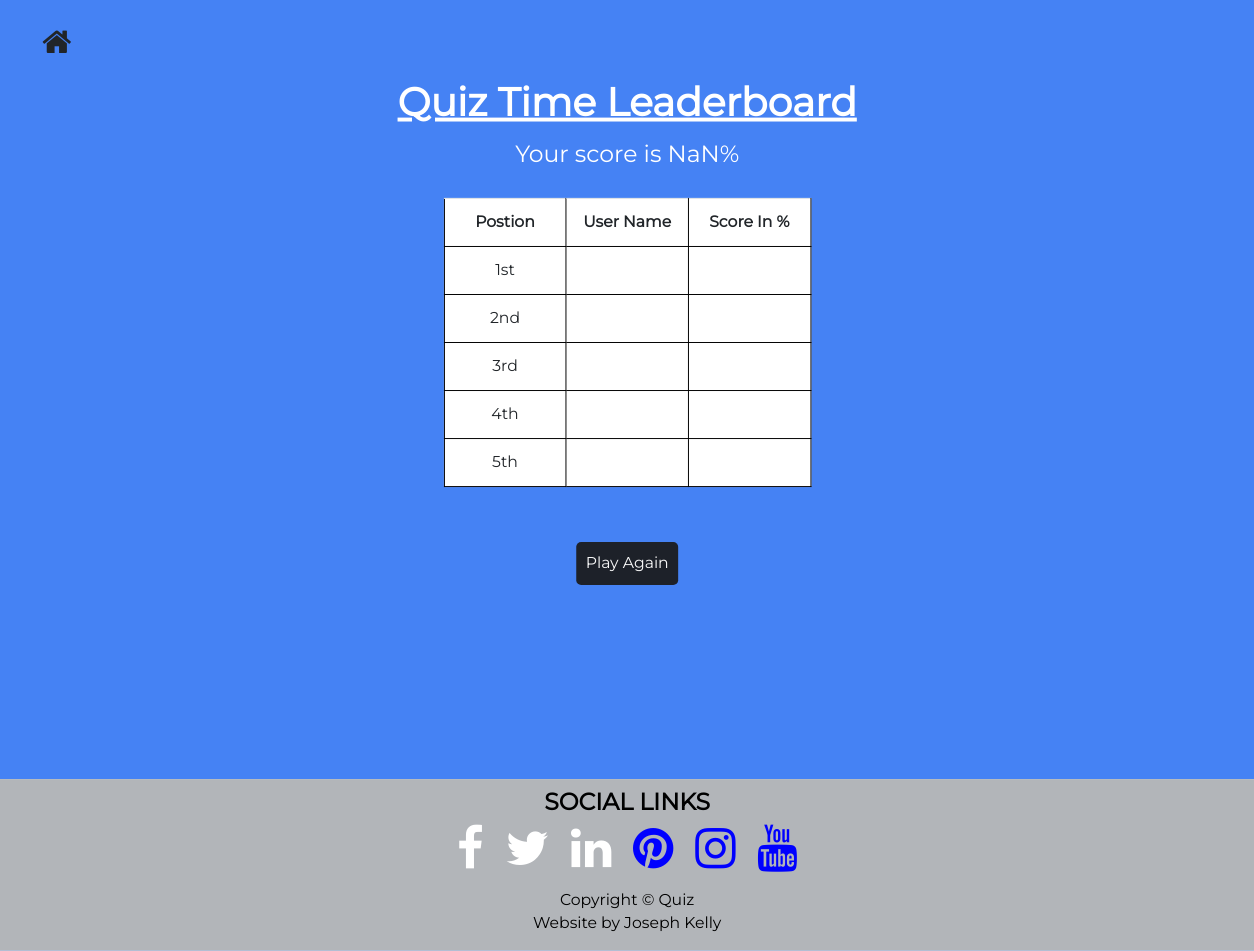
Repository: Code-Institute-Submissions/quiz-1
Page: leaderboard.html
The author's editor kept a record of every edit. The page is drawn from the files as they stood at one moment, then again after the next edit.
The browser window is 1280 px wide. The pictures show the whole page, at 98% of full size.

Above is the page before.
Console error: TypeError: Cannot read properties of undefined (reading 'score')

### leaderboard.html
<!DOCTYPE html>
<html lang="en">

<head>
    <meta charset="UTF-8">
    <meta name="viewport" content="width=device-width, initial-scale=1.0">
    <meta http-equiv="X-UA-Compatible" content="ie=edge">
    <link rel="stylesheet" href="https://stackpath.bootstrapcdn.com/bootstrap/4.4.1/css/bootstrap.min.css" type="text/css" />
    <link rel="stylesheet" href="https://stackpath.bootstrapcdn.com/font-awesome/4.7.0/css/font-awesome.min.css" type="text/css" />
    <link href="https://fonts.googleapis.com/css2?family=Montserrat&display=swap" rel="stylesheet">
    <link rel="stylesheet" href="assets/css/style.css" type="text/css" />
    <script src="https://cdnjs.cloudflare.com/ajax/libs/jquery/3.5.0/jquery.min.js" integrity="sha256-xNzN2a4ltkB44Mc/Jz3pT4iU1cmeR0FkXs4pru/JxaQ=" crossorigin="anonymous"></script>
    <script type="text/javascript" src="assets/js/modal-score.js"></script>
    <script type="text/javascript" src="assets/js/scoreCalculator.js"></script>
    <script type="text/javascript" src="assets/js/leaderboard.js"></script>
    <script src="assets/js/buttons.js"></script>
    <title>Quiz Time</title>
</head>
<!-- functions for leaderboard -->
<body onload="scoreCalculator(); saveHighScore()">
    <div class="container-fluid background-leaderboard">
        <div class="container-fluid buttons">
            <!-- button that takes user back to home page -->
            <button class="btn" onclick="home()"><i class="fa fa-home fa-2x"></i></button>
        </div>
        <!-- table that displays highscores -->
        <div class="table">
            <h1 class="leaderboard-title"><u><b>Quiz Time Leaderboard</b></u></h1>
            <div><h4 id="score-display"></h4></div>
            <table id="highScores">
                <tr>
                    <th>Postion</th>
                    <th>User Name</th>
                    <th>Score In %</th>
                </tr>
                <tr>
                    <td>1st</td>
                    <td id="username-1"></td>
                    <td id="score-1"></td>
                </tr>
                <tr>
                    <td>2nd</td>
                    <td id="username-2"></td>
                    <td id="score-2"></td>
                </tr>
                <tr>
                    <td>3rd</td>
                    <td id="username-3"></td>
                    <td id="score-3"></td>
                </tr>
                <tr>
                    <td>4th</td>
                    <td id="username-4"></td>
                    <td id="score-4"></td>
                </tr>
                <tr>
                    <td>5th</td>
                    <td id="username-5"></td>
                    <td id="score-5"></td>
                </tr>
            </table>
        </div>
        <div class="container-fluid load">
            <!-- button that takes player to load.html -->
            <a href="load.html" class="load-button">Play Again</a>
        </div>
    </div>
    <footer class="container-fluid">
        <div id="footer-details" class="row">
            <div class="col-sm">
                <h4 class="uppercase footer-info">Social Links</h4>
                <ul class="list-inline social-links">
                    <li class="list-inline-item">
                        <a target="_blank" href="#">
                            <i class="fa fa-facebook fa-3x" aria-hidden="true"></i>
                            <span class="sr-only">Facebook</span>
                        </a>
                    </li>
                    <li class="list-inline-item">
                        <a target="_blank" href="#">
                            <i class="fa fa-twitter fa-3x"  aria-hidden="true"></i>
                            <span class="sr-only">Twitter</span>
                        </a>
                    </li>
                    <li class="list-inline-item">
                        <a target="_blank" href="#">
                            <i class="fa fa-linkedin fa-3x"  aria-hidden="true"></i>
                            <span class="sr-only">LinkedIn</span>
                        </a>
                    </li>
                    <li class="list-inline-item">
                        <a target="_blank" href="#">
                            <i class="fa fa-pinterest fa-3x icon"  aria-hidden="true"></i>
                            <span class="sr-only">pinterest</span>
                        </a>
                    </li>
                    <li class="list-inline-item">
                        <a target="_blank" href="#">
                            <i class="fa fa-instagram fa-3x icon"  aria-hidden="true"></i>
                            <span class="sr-only">Instagram</span>
                        </a>
                    </li>
                    <li class="list-inline-item">
                        <a target="_blank" href="#">
                            <i class="fa fa-youtube fa-3x icon" aria-hidden="true"></i>
                            <span class="sr-only">Youtube</span>
                        </a>
                    </li>
                </ul>
                <div class="copyright">
                    <p>Copyright &#169; Quiz<br>Website by Joseph Kelly</p>
                </div>
            </div>
        </div>
    </footer>
    <script src="https://code.jquery.com/jquery-3.3.1.slim.min.js" integrity="sha384-q8i/X+965DzO0rT7abK41JStQIAqVgRVzpbzo5smXKp4YfRvH+8abtTE1Pi6jizo" crossorigin="anonymous"></script>
    <script src="https://cdnjs.cloudflare.com/ajax/libs/popper.js/1.14.7/umd/popper.min.js" integrity="sha384-UO2eT0CpHqdSJQ6hJty5KVphtPhzWj9WO1clHTMGa3JDZwrnQq4sF86dIHNDz0W1" crossorigin="anonymous"></script>
    <script src="https://stackpath.bootstrapcdn.com/bootstrap/4.3.1/js/bootstrap.min.js" integrity="sha384-JjSmVgyd0p3pXB1rRibZUAYoIIy6OrQ6VrjIEaFf/nJGzIxFDsf4x0xIM+B07jRM" crossorigin="anonymous"></script>
</body>

</html>

### assets/css/style.css
body {
  font-family: 'Montserrat', sans-serif;
}

a {
  color: white;
  text-decoration: none !important;
}

a:visited {
  color: white;
}

a:hover {
  color: white;
}

a:active {
  color: white;
}

/*--------------------------- home --------------- */

.home {
  background-color: #4582F4;
  height: 815px;
}

.background-load {
  background-color: #4582F4;
  height: 795px;
}

.background-quiz {
  background-color: #4582F4;
  height: 795px;
}

.background-leaderboard {
  background-color: #4582F4;
  height: 795px;
}

.info {
  font-family: 'Montserrat', sans-serif;
  text-align: center;
  padding-top: 40px;
  width: 70%;
  margin: auto;
  color: white;
}

.load {
  display: flex;
  justify-content: center;
  align-items: center;
  padding-top: 40px;
  padding-bottom: 40px;
}

.load-button {
  background-color: #1D2129;
  text-decoration: none;
  color: #fafafa;
  padding: 10px;
  border-radius: 5px;
}

/*--------------------------- animation --------------- */

.quiz-time {
  text-align: center;
  padding-top: 150px;
  width: 100vw;
  font-family: 'Montserrat', sans-serif;
  display: flex;
  justify-content: center;
  align-items: center;
  margin: -20px;
}

.animation span {
  position: relative;
  top: 20px;
  display: inline-block;
  animation: bounce 0.3s ease infinite alternate;
  font-size: 100px;
  color: #fff;
  text-shadow: 0 1px 0 #ccc, 0 2px 0 #ccc, 0 3px 0 #ccc, 0 4px 0 #ccc,
  0 5px 0 #ccc, 0 6px 0 transparent, 0 7px 0 transparent, 0 8px 0 transparent,
  0 9px 0 transparent, 0 10px 10px rgba(0, 0, 0, 0.4);
}

.animation span:nth-child(2) {
  animation-delay: 0.1s;
}

.animation span:nth-child(3) {
  animation-delay: 0.2s;
}

.animation span:nth-child(4) {
  animation-delay: 0.3s;
}

.animation span:nth-child(5) {
  animation-delay: 0.4s;
}

.animation span:nth-child(6) {
  animation-delay: 0.5s;
}

.animation span:nth-child(7) {
  animation-delay: 0.6s;
}

.animation span:nth-child(8) {
  animation-delay: 0.2s;
}

.animation span:nth-child(9) {
  animation-delay: 0.3s;
}

.animation span:nth-child(10) {
  animation-delay: 0.4s;
}

.animation span:nth-child(11) {
  animation-delay: 0.5s;
}

.animation span:nth-child(12) {
  animation-delay: 0.6s;
}

.animation span:nth-child(13) {
  animation-delay: 0.7s;
}

.animation span:nth-child(14) {
  animation-delay: 0.8s;
}

/* ANIMATION */

@-webkit-keyframes bounce {
  100% {
    top: -20px;
    text-shadow: 0 1px 0 #ccc, 0 2px 0 #ccc, 0 3px 0 #ccc, 0 4px 0 #ccc,
    0 5px 0 #ccc, 0 6px 0 #ccc, 0 7px 0 #ccc, 0 8px 0 #ccc, 0 9px 0 #ccc,
    0 50px 25px rgba(0, 0, 0, 0.2);
  }
}

/*--------------------------- footer --------------- */

footer {
  color: #fafafa;
  padding-top: 10px;
  background-color: #B2B5B9;
  display: inline-block;
  position: relative;
}

.footer-info {
  font-weight: bold;
  text-align: center;
  color: #000000;
}

.list-inline-item {
  margin-left: 10px;
  margin-right: 10px;
}

.uppercase {
  text-transform: uppercase;
}

.social-links {
  text-align: center;
  color: #000000;
}

.copyright {
  text-align: center;
  color: #000000;
}

.icon {
  color: blue;
}

/*--------------------------- Quiz Loading --------------- */

.prompt {
  text-align: center;
  color: #fafafa;
  margin-bottom: 0;
  padding-top: 10px;
}

.start-button {
  background-color: #1D2129;
  text-decoration: none;
  color: #fafafa;
  padding: 10px;
  border-radius: 5px;
}

.form-heading {
  padding-top: 100px;
  text-align: center;
  color: white;
  text-decoration: underline;
}

.option-select {
  display: block;
  margin-right: auto;
  margin-left: auto;
  padding-top: 50px;
}

::placeholder {
  color: white;
  padding-left: 15px;
  font-size: 20px;
}

.username {
  width: 300px;
  display: block;
  margin-left: auto;
  margin-right: auto;
  height: 50px;
  color: white;
  font-size: 20px;
  background-color: #000000;
  border: solid 1px;
  border-radius: 10px;
  border-color: white;
}

.box select {
  background-color: #000000;
  margin-left: auto;
  margin-right: auto;
  color: white;
  padding: 12px;
  width: 300px;
  border: solid 1px;
  border-radius: 10px;
  font-size: 20px;
  box-shadow: 0 5px 25px rgba(0, 0, 0, 0.2);
  outline: none;
  display: block;
}

.box:hover::before {
  color: rgba(255, 255, 255, 0.6);
  background-color: rgba(255, 255, 255, 0.2);
}

/*--------------------------- quiz timer --------------- */

.modal-header {
  margin-left: auto;
  margin-right: auto;
}

.countdown {
  margin: 0 auto;
  max-width: 350px;
  background: #ff0000;
  font-family: Impact, Charcoal, sans-serif;
  text-align: center;
}

.countdown .header {
  color: #c61d1d;
  text-align: center;
  font-weight: normal;
  margin: 5px 0 10px 0;
}

.countdown .square {
  display: inline-block;
  padding: 10px;
  margin: 5px;
}

.countdown .digits {
  font-size: 24px;
  background: #fff;
  color: #000;
  padding: 20px 10px;
  border-radius: 5px;
}

.countdown .text {
  margin-top: 10px;
  color: #ddd;
}

/*--------------------------- quiz page --------------- */

.carousel-control-next {
  position: absolute;
  height: 224px;
  align-items: flex-end;
}

.finish {
  width: 30%;
  margin-left: auto;
  margin-right: auto;
  display: block;
  text-align: center;
}

.image-display {
  margin-bottom: 20px;
  height: auto;
  width: 350px;
  padding-left: 50px;
  margin-left: auto;
  margin-right: auto;
}

.buttons {
  margin-top: 20px;
  float: right;
}

.countdown-quiz {
  margin: 0 auto;
  max-width: 350px;
  background: #ff0000;
  font-family: Impact, Charcoal, sans-serif;
  text-align: center;
  clear: both;
}

.countdown-quiz .header {
  color: #c61d1d;
  text-align: center;
  font-weight: normal;
  margin: 5px 0 10px 0;
}

.countdown-quiz .square {
  display: inline-block;
  padding: 10px;
  margin: 5px;
}

.countdown-quiz .digits {
  font-size: 24px;
  background: #fff;
  color: #000;
  padding: 20px 10px;
  border-radius: 5px;
}

.countdown-quiz .text {
  margin-top: 10px;
  color: #ddd;
}

.carousel-item {
  height: auto;
}

.question {
  padding-top: 20px;
  text-align: center;
  color: white;
}

.answer {
  padding-top: 20px;
  text-align: left;
  margin: auto;
  width: 400px;
  color: white;
}

/*--------------------------- Leaderboard page --------------- */

.leaderboard-title {
  text-align: center;
  padding-top: 30px;
  width: 100%;
  margin-left: auto;
  margin-right: auto;
  font-weight: bold;
  padding-top: 80px;
  color: white;
}

table {
  margin-top: 30px;
  margin-left: auto;
  margin-right: auto;
  width: 70%;
}

table,
th,
td {
  border: solid 1px black;
  background-color: white;
  text-align: center;
  width: 30%;
}

#score-display {
  text-align: center;
  color: white;
  margin-top: 15px;
}

#footer-btns {
  text-align: center;
  margin-top: 10px;
  margin-bottom: 20px;
}

### assets/js/modal-score.js
 $(window).on('load',function(){
        $('#exampleModalCenter').modal('show');
    });

    // displays modal on page load

### assets/js/scoreCalculator.js
var amount = sessionStorage.getItem('amount');
var mostRecentScore = sessionStorage.getItem('mostRecentScore');
var scorePercentRound;
var scorePercent;

 //takes mostRecentSore variable and converts it to percent and rounds to the nearest integer
function scoreCalculator() {

    scorePercent = (mostRecentScore / amount) * 100;
    scorePercentRound = Math.round(scorePercent);
    document.getElementById("score-display").innerHTML = "Your score is " + scorePercentRound + "%";
}

sessionStorage.setItem('scorePercentRound', scorePercentRound);

### assets/js/leaderboard.js
var mostRecentScore = sessionStorage.getItem('mostRecentScore');
var amount = sessionStorage.getItem('amount');
var tada = new Audio('assets/audio/tada.wav');
var sad = new Audio('assets/audio/sadtrombone.wav');
var scorePercent;
var username = localStorage.getItem("username");
var highScores = JSON.parse(localStorage.getItem("highScores")) || [];
var scorePercentRound = sessionStorage.getItem('scorePercentRound');
var highscoresTable = document.getElementById("highscores-table");


function saveHighScore() {
    //stores scores and username in an object
    const score = {
        name: username,
        score: scorePercentRound
    };
    //pushes score object into highscores array
    highScores.push(score);
    //sorts array from highest to lowest
    highScores.sort((a, b) => b.score - a.score);
    //ensures that the maximum of items in highscores remains at 5
    highScores.splice(5);


    localStorage.setItem("highScores", JSON.stringify(highScores));

    // determines weather or not the user makes it on the leaderboard and plays music if sucessful
    if (scorePercentRound >= highScores[0].score || scorePercentRound >= highScores[1].score || scorePercentRound >= highScores[2].score || scorePercentRound >= highScores[3].score
    || scorePercentRound >= highScores[4].score || highScores.length < 4) {
        tada.play();
    }
    // music that plays if user does not make it onto the leaderboard
    else {
        sad.play();
    }
    // if there is only one item in highscores writes that item to the leaderboard
    if (highScores.length == 1) {
        document.getElementById("username-1").innerHTML = highScores[0].name;
        document.getElementById("score-1").innerHTML = highScores[0].score;
    }
    // if there is 2 items in highscores writes them to the leaderboard
    else if (highScores.length == 2) {
        document.getElementById("username-1").innerHTML = highScores[0].name;
        document.getElementById("score-1").innerHTML = highScores[0].score;
        document.getElementById("username-2").innerHTML = highScores[1].name;
        document.getElementById("score-2").innerHTML = highScores[1].score;
    }
    // if there is only 3 items in highscores writes them to the leaderboard
    else if (highScores.length == 3) {
        document.getElementById("username-1").innerHTML = highScores[0].name;
        document.getElementById("score-1").innerHTML = highScores[0].score;
        document.getElementById("username-2").innerHTML = highScores[1].name;
        document.getElementById("score-2").innerHTML = highScores[1].score;
        document.getElementById("username-3").innerHTML = highScores[2].name;
        document.getElementById("score-3").innerHTML = highScores[2].score;
    }
     //if there is only 4 items in highscores writes them to the leaderboard
    else if (highScores.length == 4) {
        document.getElementById("username-1").innerHTML = highScores[0].name;
        document.getElementById("score-1").innerHTML = highScores[0].score;
        document.getElementById("username-2").innerHTML = highScores[1].name;
        document.getElementById("score-2").innerHTML = highScores[1].score;
        document.getElementById("username-3").innerHTML = highScores[2].name;
        document.getElementById("score-3").innerHTML = highScores[2].score;
        document.getElementById("username-4").innerHTML = highScores[3].name;
        document.getElementById("score-4").innerHTML = highScores[3].score;
    }
    //if there is 5 items in highscores writes them to the leaderboard
    else if (highScores.length == 5) {
        document.getElementById("username-1").innerHTML = highScores[0].name;
        document.getElementById("score-1").innerHTML = highScores[0].score;
        document.getElementById("username-2").innerHTML = highScores[1].name;
        document.getElementById("score-2").innerHTML = highScores[1].score;
        document.getElementById("username-3").innerHTML = highScores[2].name;
        document.getElementById("score-3").innerHTML = highScores[2].score;
        document.getElementById("username-4").innerHTML = highScores[3].name;
        document.getElementById("score-4").innerHTML = highScores[3].score;
        document.getElementById("username-5").innerHTML = highScores[4].name;
        document.getElementById("score-5").innerHTML = highScores[4].score;
    }
    //clears sessionStorage
    sessionStorage.clear();
}

### assets/js/buttons.js
var quizMusic;

//function for home button that takes user to home page
function home() {
    window.location.href = "index.html";
}

function restart() {
    location.reload();
}

// function that plays quiz music on quiz.html load
function playMusic() {
    quizMusic = new Audio('assets/audio/quiz-music.mp3');
    quizMusic.play();
}

// function that plays and stops quiz music
function mute() {
    if (document.getElementById("mute").value == "off") {
        document.getElementById("mute").value = "on";
        document.getElementById("mute-icon").className = "fa fa-volume-up fa-2x";
        quizMusic.play();
    }
    else if (document.getElementById("mute").value == "on") {
        document.getElementById("mute").value = "off";
        document.getElementById("mute-icon").className = "fa fa-volume-off fa-2x";
        quizMusic.pause();
    }
}

After the next edit:
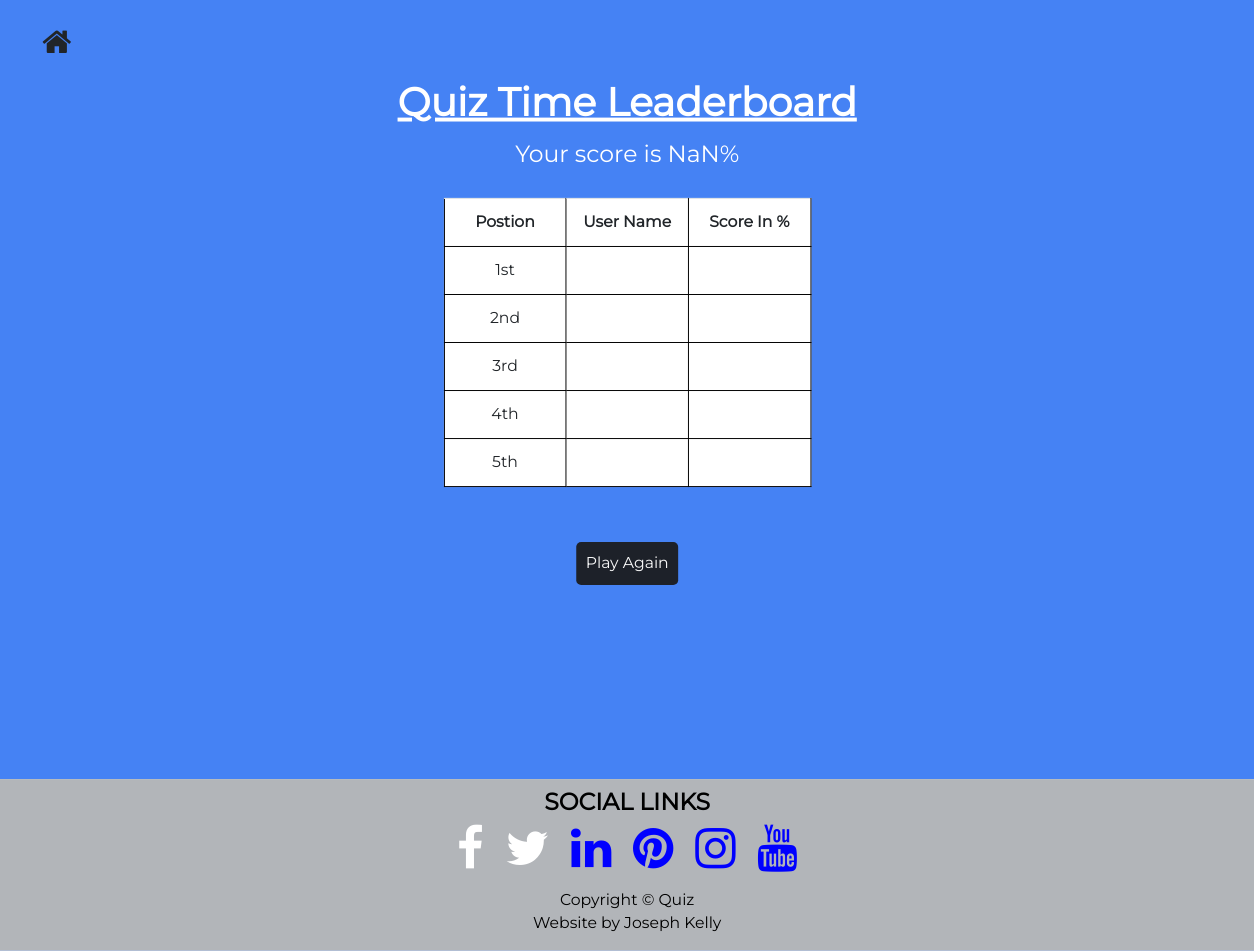
The edit:
--- a/leaderboard.html
+++ b/leaderboard.html
@@ -84,7 +84,7 @@
                     </li>
                     <li class="list-inline-item">
                         <a target="_blank" href="#">
-                            <i class="fa fa-linkedin fa-3x"  aria-hidden="true"></i>
+                            <i class="fa fa-linkedin fa-3x icon"  aria-hidden="true"></i>
                             <span class="sr-only">LinkedIn</span>
                         </a>
                     </li>
